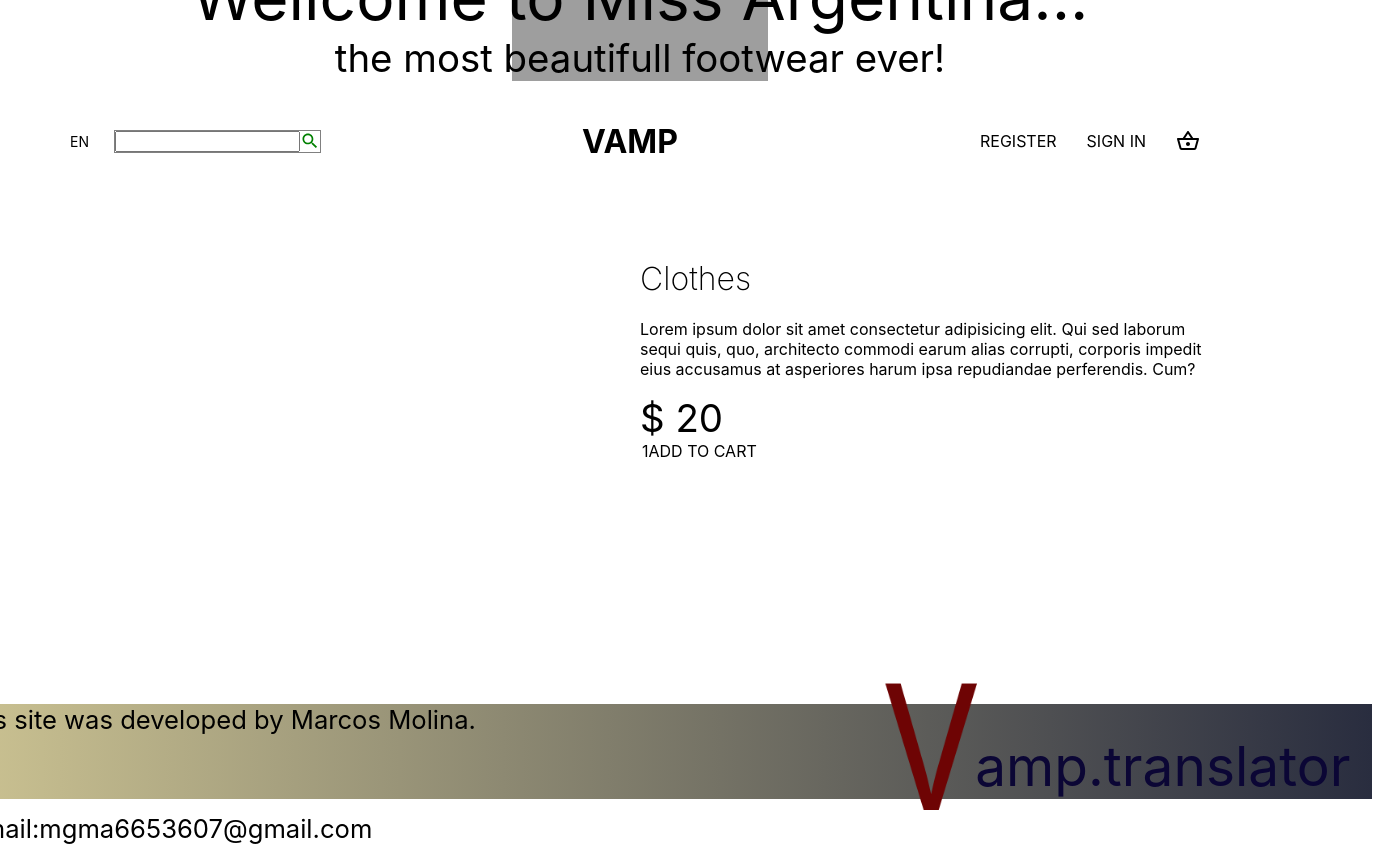
Repository: mgma2005/ecoeli
Page: /
These files come from the project's save history. The page is drawn as it stood at one moment and after the next save; the edit follows.
The browser window is 1280 px wide. The page is 1372 px wide, then 1383 px, so the pictures cover 1383 px, including what lies to the right of the window. The pictures show the part of the page from y = 92 to 960 px (the page is 960 px tall).
Pictures or frames that could not be fetched are drawn as grey boxes. The project was rebuilt for these pictures with package versions that can differ from the ones it lists, and the page was loaded fresh each time. Also part of the build but not shown: src/App.css.

Above is the page before, as saved 2022-05-14 17:40:54.

After the next save:
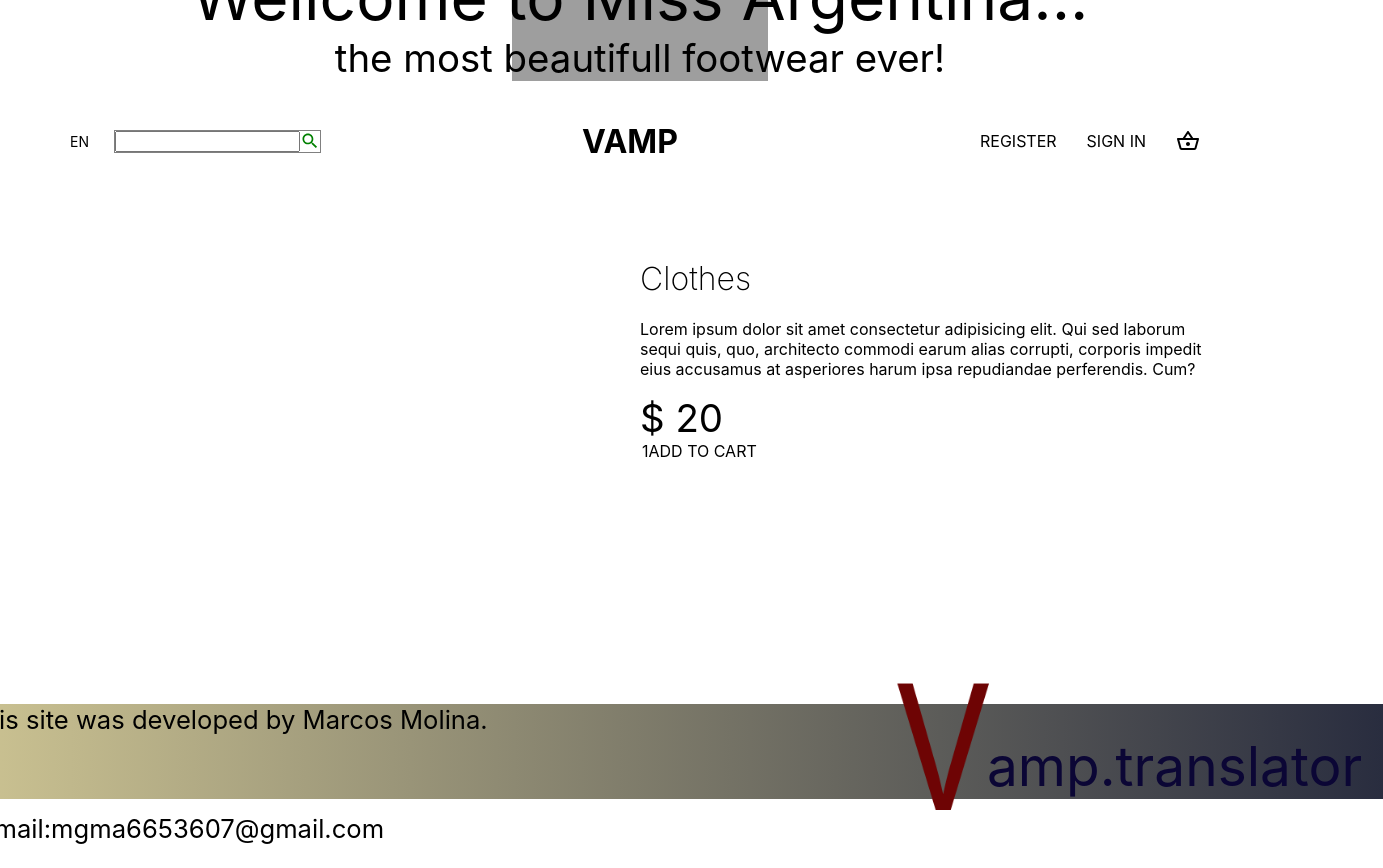
Saved 8 s later.
--- a/src/style.css
+++ b/src/style.css
@@ -1,5 +1,5 @@
 .cont2{
-    margin-left: -8%;
+    margin-left: -7%;
     width: 120%;
     height: auto;
     background: linear-gradient(to right, rgb(204, 195, 146),rgb(41, 45, 63));
